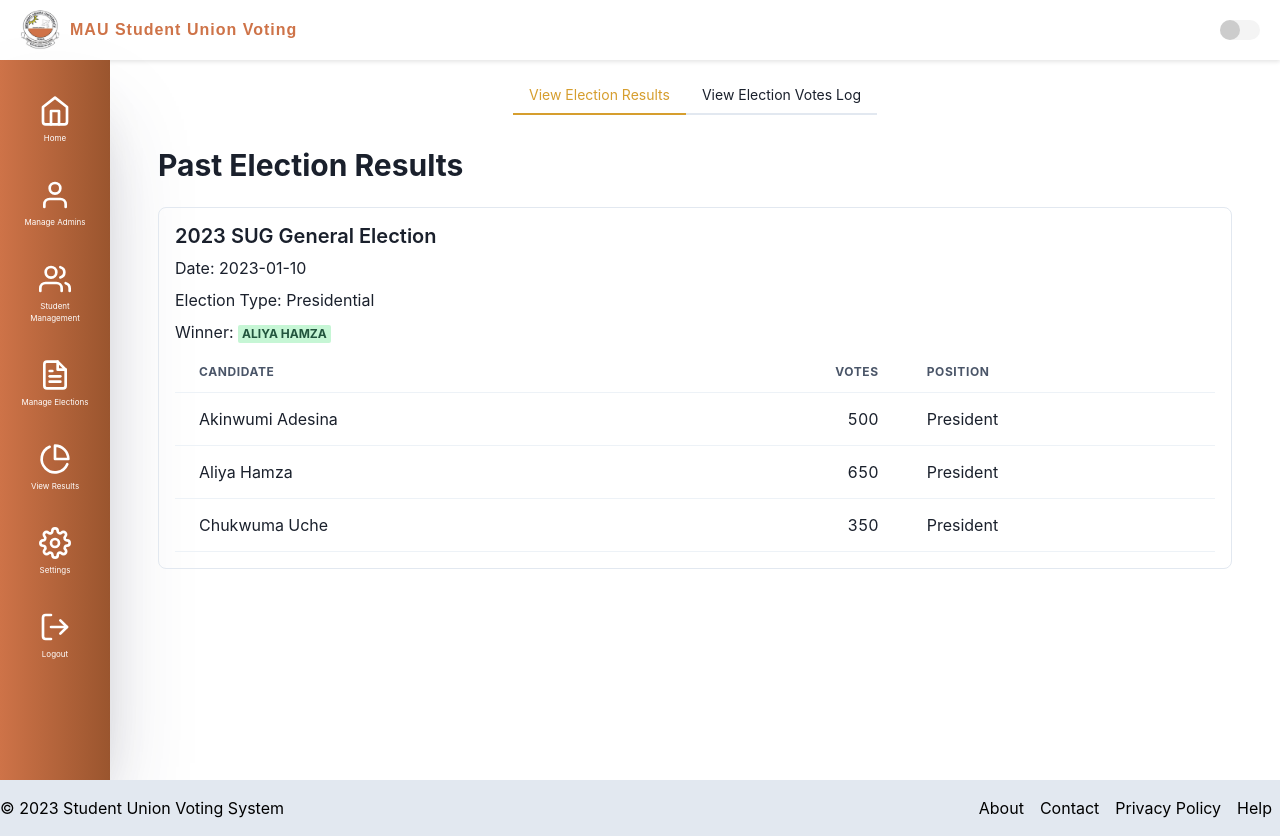
Repository: joena1o/e-vote
Page: /admin-dashboard/view-results
These files come from the project's save history. The page is drawn as it stood at one moment and after the next save; the edit follows.
The browser window is 1280 px wide. The pictures show the whole page.
The project was rebuilt for these pictures with package versions that can differ from the ones it lists, and the page was loaded fresh each time. Also part of the build but not shown: src/components/EnhancedLogin.js, src/components/maincontent/RegisterStudents/ManageStudents.js, src/components/maincontent/RegisterStudents/RegisterStudents.js, src/components/maincontent/RegisterStudents/StudentManagement.js, src/components/maincontent/ElectionResults/report.js, src/components/maincontent/Settings/Settings.js, src/api/index.js, src/components/maincontent/home/Home.styles.js and 21 more.

Above is the page before, as saved 2023-11-24 21:37:42.

After the next save:
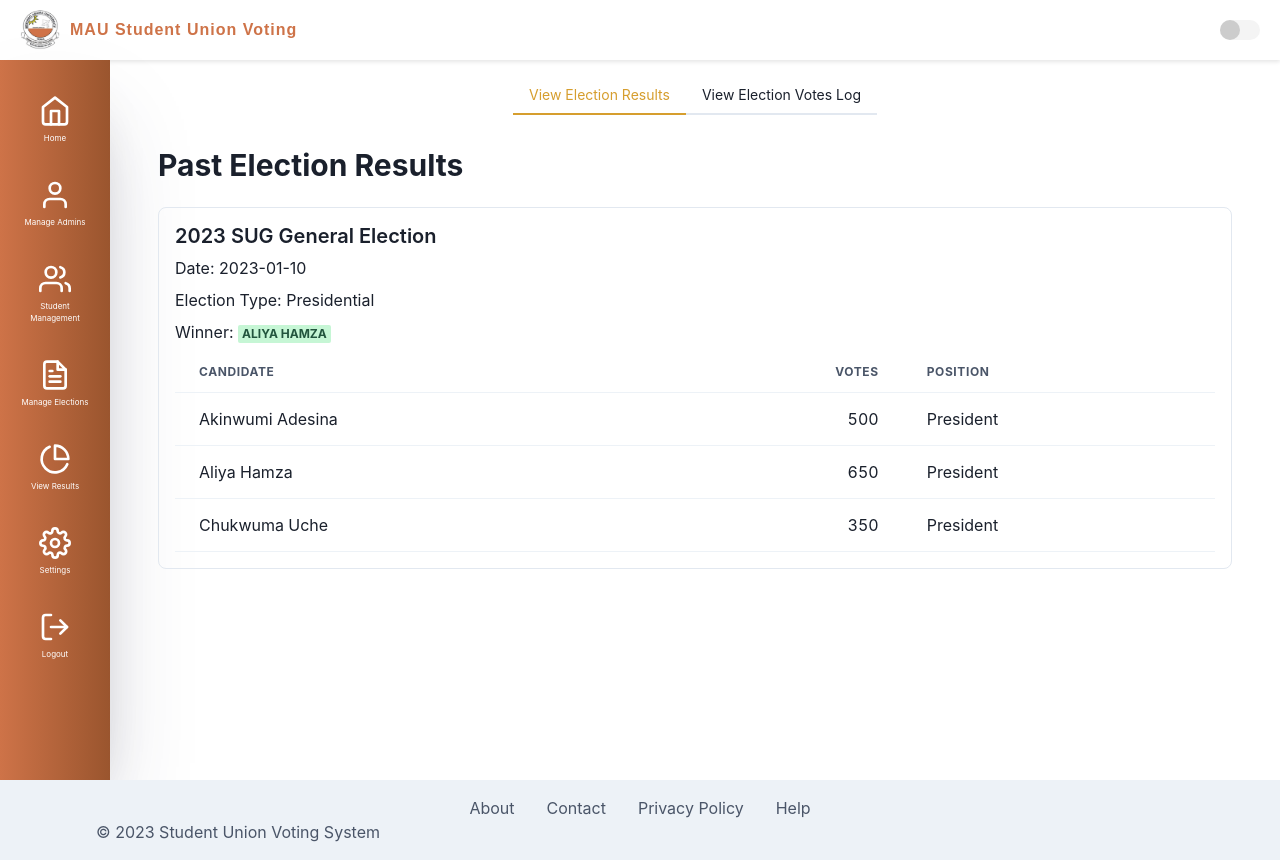
Saved 12 min 44 s later.
--- a/src/components/Footer.js
+++ b/src/components/Footer.js
@@ -1,39 +1,47 @@
 import React from 'react';
-import { Box, Flex, Text, Link } from '@chakra-ui/react';
+import { Box, Container, Stack, Text, Link, useColorModeValue } from '@chakra-ui/react';
 
 const Footer = ({ colorMode }) => {
   const handleDownloadDocumentation = () => {
-
     const pdfUrl = '/path/to/your/documentation.pdf';
 
-    //  anchor element that triggers  download
+    // Create an anchor element that triggers the download
     const link = document.createElement('a');
     link.href = pdfUrl;
     link.download = 'documentation.pdf';
     link.click();
   };
 
-    return (
-      <Box as="footer" mt="auto" py={4} bg={colorMode === 'dark' ? 'gray.800' : 'gray.200'} color={colorMode === 'dark' ? 'white' : 'black'}>
-        <Flex justify="space-between" align="center">
-          <Text>&copy; 2023 Student Union Voting System</Text>
-          <Flex>
-            <Link mx={2} href="#about">
-              About
-            </Link>
-            <Link mx={2} href="#contact">
-              Contact
-            </Link>
-            <Link mx={2} href="#privacy">
-              Privacy Policy
-            </Link>
-            <Link mx={2} onClick={handleDownloadDocumentation}>
-              Help
-            </Link>
-          </Flex>
-        </Flex>
-      </Box>
-    );
-  };
+  return (
+    <Box
+      as="footer"
+      mt="auto"
+      py={4}
+      bg={useColorModeValue('gray.100', 'gray.800')}
+      color={useColorModeValue('gray.600', 'gray.300')}
+    >
+      <Container
+        maxW="6xl"
+        px={{ base: 4, md: 8 }}
+        direction={{ base: 'column', md: 'row' }}
+        justify={{ base: 'center', md: 'space-between' }}
+        align={{ base: 'center', md: 'center' }}
+      >
+        <Stack
+          direction={{ base: 'column', md: 'row' }}
+          spacing={{ base: 4, md: 8 }}
+          justify="center"
+          align="center"
+        >
+          <Link href="#about">About</Link>
+          <Link href="#contact">Contact</Link>
+          <Link href="#privacy">Privacy Policy</Link>
+          <Link onClick={handleDownloadDocumentation}>Help</Link>
+        </Stack>
+        <Text>&copy; 2023 Student Union Voting System</Text>
+      </Container>
+    </Box>
+  );
+};
 
-  export default Footer;
+export default Footer;

After the save that followed:
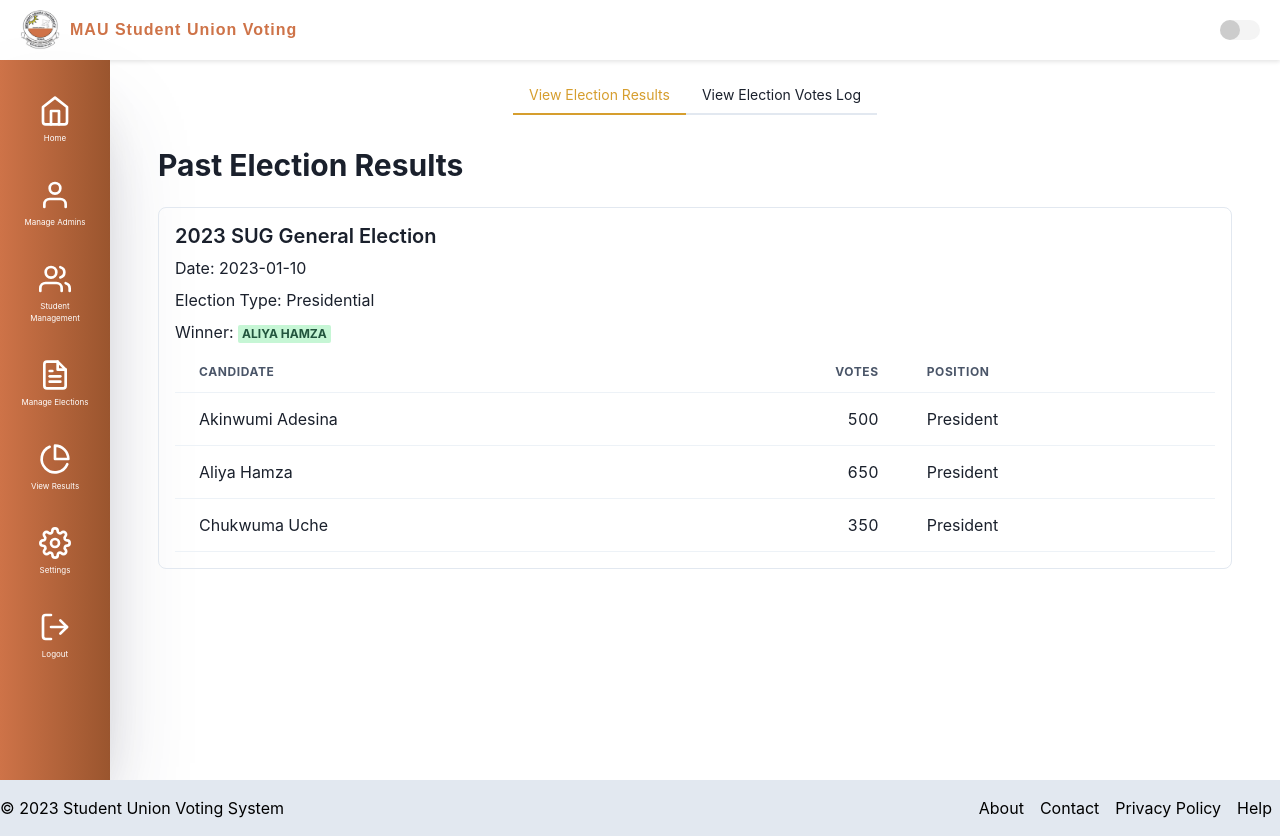
Saved 20 s later.
--- a/src/components/Footer.js
+++ b/src/components/Footer.js
@@ -1,47 +1,39 @@
 import React from 'react';
-import { Box, Container, Stack, Text, Link, useColorModeValue } from '@chakra-ui/react';
+import { Box, Flex, Text, Link } from '@chakra-ui/react';
 
 const Footer = ({ colorMode }) => {
   const handleDownloadDocumentation = () => {
+
     const pdfUrl = '/path/to/your/documentation.pdf';
 
-    // Create an anchor element that triggers the download
+    //  anchor element that triggers  download
     const link = document.createElement('a');
     link.href = pdfUrl;
     link.download = 'documentation.pdf';
     link.click();
   };
 
-  return (
-    <Box
-      as="footer"
-      mt="auto"
-      py={4}
-      bg={useColorModeValue('gray.100', 'gray.800')}
-      color={useColorModeValue('gray.600', 'gray.300')}
-    >
-      <Container
-        maxW="6xl"
-        px={{ base: 4, md: 8 }}
-        direction={{ base: 'column', md: 'row' }}
-        justify={{ base: 'center', md: 'space-between' }}
-        align={{ base: 'center', md: 'center' }}
-      >
-        <Stack
-          direction={{ base: 'column', md: 'row' }}
-          spacing={{ base: 4, md: 8 }}
-          justify="center"
-          align="center"
-        >
-          <Link href="#about">About</Link>
-          <Link href="#contact">Contact</Link>
-          <Link href="#privacy">Privacy Policy</Link>
-          <Link onClick={handleDownloadDocumentation}>Help</Link>
-        </Stack>
-        <Text>&copy; 2023 Student Union Voting System</Text>
-      </Container>
-    </Box>
-  );
-};
+    return (
+      <Box as="footer" mt="auto" py={4} bg={colorMode === 'dark' ? 'gray.800' : 'gray.200'} color={colorMode === 'dark' ? 'white' : 'black'}>
+        <Flex justify="space-between" align="center">
+          <Text>&copy; 2023 Student Union Voting System</Text>
+          <Flex>
+            <Link mx={2} href="#about">
+              About
+            </Link>
+            <Link mx={2} href="#contact">
+              Contact
+            </Link>
+            <Link mx={2} href="#privacy">
+              Privacy Policy
+            </Link>
+            <Link mx={2} onClick={handleDownloadDocumentation}>
+              Help
+            </Link>
+          </Flex>
+        </Flex>
+      </Box>
+    );
+  };
 
-export default Footer;
+  export default Footer;
